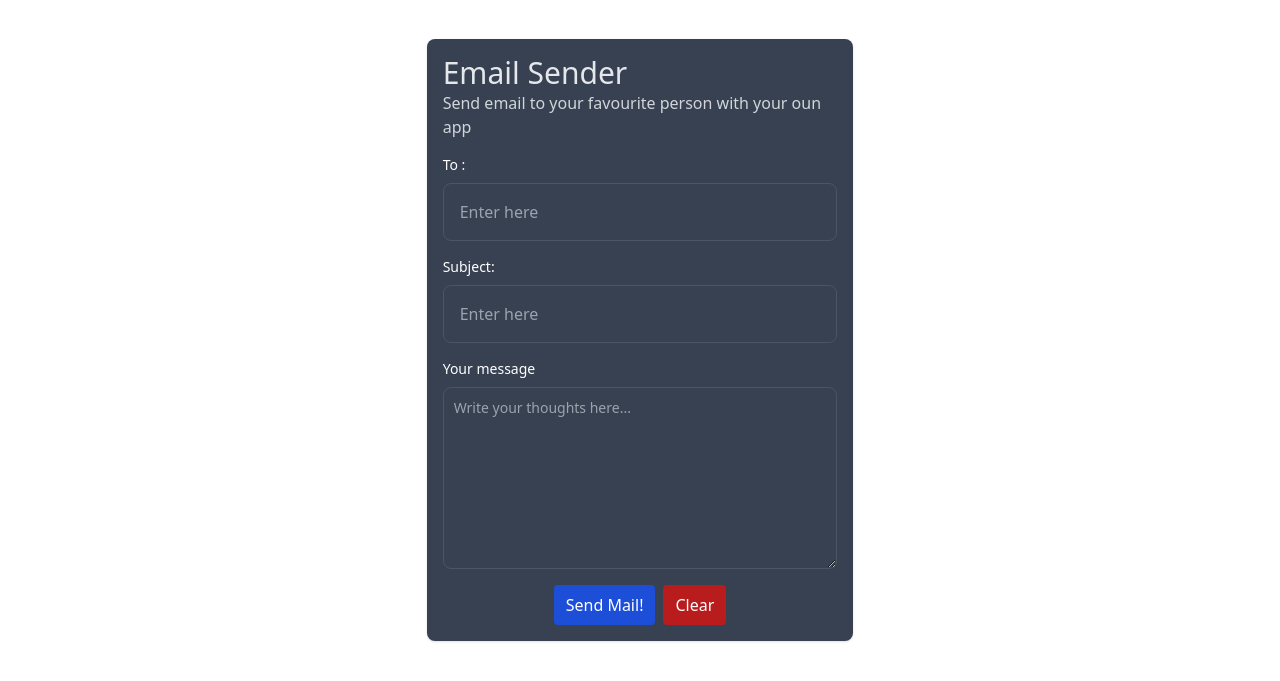
Repository: vikas-1234/EmailReactProject
Page: / (app in email-sender/)
An editor plug-in stored every save of this project. The page is shown before and after the next save, followed by the edit.
The browser window is 1280 px wide. The pictures show the whole page.
The project was rebuilt for these pictures with package versions that can differ from the ones it lists, and the page was loaded fresh each time. Also part of the build but not shown: email-sender/vite.config.js, email-sender/src/App.css.

Above is the page before, as saved 2024-04-21 12:20:56.

### email-sender/index.html
<!doctype html>
<html lang="en" class="dark">
  <head>
    <meta charset="UTF-8" />
    <link rel="icon" type="image/svg+xml" href="/vite.svg" />
    <meta name="viewport" content="width=device-width, initial-scale=1.0" />
    <title>Email Sender</title>
  </head>
  <body className="bg-gray-200 dark:bg-gray-800">
    <div id="root"></div>
    <script type="module" src="/src/main.jsx"></script>
  </body>
</html>

### email-sender/src/App.jsx

import { Toaster } from 'react-hot-toast'
import './App.css'
import EmailSender from './components/EmailSender'

function App() {


  return (
    <>
      <EmailSender/>
      <Toaster/>
    </>
  )
}

export default App

### email-sender/src/components/EmailSender.jsx
import { useState } from "react";
import toast from "react-hot-toast";
import { sendEmail } from "../services/email.services";
function EmailSender() {
  const [emailData, setEmailData] = useState({
    to: "",
    subject: "",
    message: "",
  });

  const [sending, setSending] = useState(false);

  async function handleFieldChange(event, name) {
    setEmailData({ ...emailData, [name]: event.target.value });
  }

  async function handleSubmit(event) {
    event.preventDefault();

    if (
      emailData.to === "" ||
      emailData.subject === "" ||
      emailData.message === ""
    ) {
      alert("Please fill all the fields");
      toast.error("Invalid Fields!!");
      return;
    }

    try {
      setSending(true);
      await sendEmail(emailData);
      toast.success("Email Data has been sent successfully");
      toast.success("Send Another One Data");
      setEmailData({
        to: "",
        subject: "",
        message: "",
      });
      console.log(emailData);
    } catch (error) {
      toast.error("Email not send!!!");
      console.log(emailData);
    } finally {
      setSending(false);
    }

    console.log(emailData);
  }

  return (
    <div className="w-full min-h-screen flex justify-center items-center">
      <div className="email_card md:w-1/3 w-full -mt-10 mx-4 md:mx-0 dark:bg-gray-700 dark:text-white dark:border-none  bg-white p-4 border rounded-lg shadow">
        <h1 className="text-gray-900  dark:text-gray-200    text-3xl">Email Sender</h1>
        <p className="text-gray-700 dark:text-gray-300">
          {" "}
          Send email to your favourite person with your oun app{" "}
        </p>

        <form action="" onSubmit={handleSubmit}>
          {/* To Section */}

          <div className="input_field mt-4">
            <label
              htmlFor="large-input"
              className="block mb-2 text-sm font-medium text-gray-900 dark:text-white"
            >
              To :
            </label>
            <input
              type="text"
              value={emailData.to}
              onChange={(event) => handleFieldChange(event, "to")}
              placeholder="Enter here"
              id="large-input"
              className="block w-full p-4 text-gray-900 border border-gray-300 rounded-lg bg-gray-50 text-base focus:ring-blue-500 focus:border-blue-500 dark:bg-gray-700 dark:border-gray-600 dark:placeholder-gray-400 dark:text-white dark:focus:ring-blue-500 dark:focus:border-blue-500"
            ></input>
          </div>
          {/* To Subject */}

          <div className="input_field mt-4">
            <label
              htmlFor="large-input"
              className="block mb-2 text-sm font-medium text-gray-900 dark:text-white"
            >
              Subject:
            </label>
            <input
              type="text"
              value={emailData.subject}
              onChange={(event) => handleFieldChange(event, "subject")}
              placeholder="Enter here"
              id="large-input"
              className="block w-full p-4 text-gray-900 border border-gray-300 rounded-lg bg-gray-50 text-base focus:ring-blue-500 focus:border-blue-500 dark:bg-gray-700 dark:border-gray-600 dark:placeholder-gray-400 dark:text-white dark:focus:ring-blue-500 dark:focus:border-blue-500"
            ></input>
          </div>

          {/* Message Section */}

          <div className="form_field mt-4">
            <label
              htmlFor="message"
              className="block mb-2 text-sm font-medium text-gray-900 dark:text-white"
            >
              Your message
            </label>
            <textarea
              id="message"
              value={emailData.message}
              onChange={(event) => handleFieldChange(event, "message")}
              rows="8"
              className="block p-2.5 w-full text-sm text-gray-900 bg-gray-50 rounded-lg border border-gray-300 focus:ring-blue-500 focus:border-blue-500 dark:bg-gray-700 dark:border-gray-600 dark:placeholder-gray-400 dark:text-white dark:focus:ring-blue-500 dark:focus:border-blue-500"
              placeholder="Write your thoughts here..."
            ></textarea>
          </div>

          {/* Loader Section */}
          {sending && (
            <div className="loader flex-col gap-2 items-center justify-center flex mt-4">
              <div role="status">
                <svg
                  aria-hidden="true"
                  className="w-8 h-8 text-gray-200 animate-spin dark:text-gray-600 fill-blue-600"
                  viewBox="0 0 100 101"
                  fill="none"
                  xmlns="http://www.w3.org/2000/svg"
                >
                  <path
                    d="M100 50.5908C100 78.2051 77.6142 100.591 50 100.591C22.3858 100.591 0 78.2051 0 50.5908C0 22.9766 22.3858 0.59082 50 0.59082C77.6142 0.59082 100 22.9766 100 50.5908ZM9.08144 50.5908C9.08144 73.1895 27.4013 91.5094 50 91.5094C72.5987 91.5094 90.9186 73.1895 90.9186 50.5908C90.9186 27.9921 72.5987 9.67226 50 9.67226C27.4013 9.67226 9.08144 27.9921 9.08144 50.5908Z"
                    fill="currentColor"
                  />
                  <path
                    d="M93.9676 39.0409C96.393 38.4038 97.8624 35.9116 97.0079 33.5539C95.2932 28.8227 92.871 24.3692 89.8167 20.348C85.8452 15.1192 80.8826 10.7238 75.2124 7.41289C69.5422 4.10194 63.2754 1.94025 56.7698 1.05124C51.7666 0.367541 46.6976 0.446843 41.7345 1.27873C39.2613 1.69328 37.813 4.19778 38.4501 6.62326C39.0873 9.04874 41.5694 10.4717 44.0505 10.1071C47.8511 9.54855 51.7191 9.52689 55.5402 10.0491C60.8642 10.7766 65.9928 12.5457 70.6331 15.2552C75.2735 17.9648 79.3347 21.5619 82.5849 25.841C84.9175 28.9121 86.7997 32.2913 88.1811 35.8758C89.083 38.2158 91.5421 39.6781 93.9676 39.0409Z"
                    fill="currentFill"
                  />
                </svg>
                <span className="sr-only">Loading...</span>
              </div>
              <h1>Sending an Email......</h1>
            </div>
          )}

          <div className="button_container mt-4 flex justify-center gap-2">
            <button
            disabled={sending}
              type="submit"
              className="hover:bg-blue-900 text-white bg-blue-700 px-3 py-2 rounded"
            >
              Send Mail!
            </button>
            <button className="hover:bg-red-900 text-white bg-red-700 px-3 py-2 rounded">
              Clear
            </button>
          </div>
        </form>
      </div>
    </div>
  );
}

export default EmailSender;

### email-sender/src/services/email.services.jsx

import { customAxios } from "./helper";

export async function sendEmail(emailData) {
    const result=(await customAxios.post(`/send`, emailData)).data;
    return  result;

  // .then((response) => {
    //     alert('Email sent successfully:', response.data);
    //     return response.data;
    // })
    // .catch((error) => {
    //     alert('Error sending email:', error);
    //     throw error;
    // })
}

### email-sender/src/services/helper.jsx
import axios from 'axios'

const baseURL = "http://localhost:8080/api/v1/email";
//  const baseURL = '/api/v1'; // Use this for production.
export const customAxios=axios.create({
    baseURL: baseURL,

});

### email-sender/tailwind.config.js
/** @type {import('tailwindcss').Config} */
export default {
  content: ["./index.html",
  "./src/**/*.{js,ts,jsx,tsx}",],
  theme: {
    extend: {},
  },
  plugins: [],
  darkMode:'selector',
}

Loaded but not shown: email-sender/src/main.jsx (common file); email-sender/src/index.css (common file)

After the next save:
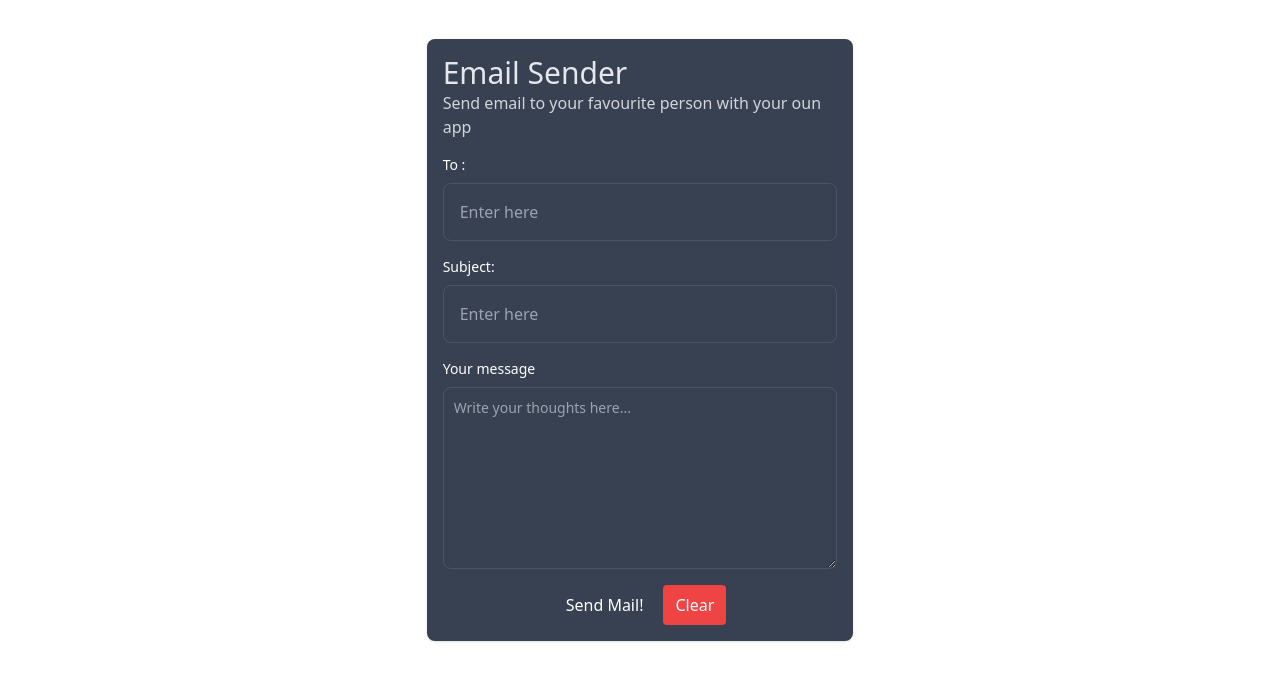
Saved 68 s later.
--- a/email-sender/src/components/EmailSender.jsx
+++ b/email-sender/src/components/EmailSender.jsx
@@ -144,11 +144,11 @@ function EmailSender() {
             <button
             disabled={sending}
               type="submit"
-              className="hover:bg-blue-900 text-white bg-blue-700 px-3 py-2 rounded"
+              className="hover:bg-blue-900 text-white bg-blue-00 px-3 py-2 rounded"
             >
               Send Mail!
             </button>
-            <button className="hover:bg-red-900 text-white bg-red-700 px-3 py-2 rounded">
+            <button className="hover:bg-red-900 text-white bg-red-500 px-3 py-2 rounded">
               Clear
             </button>
           </div>
